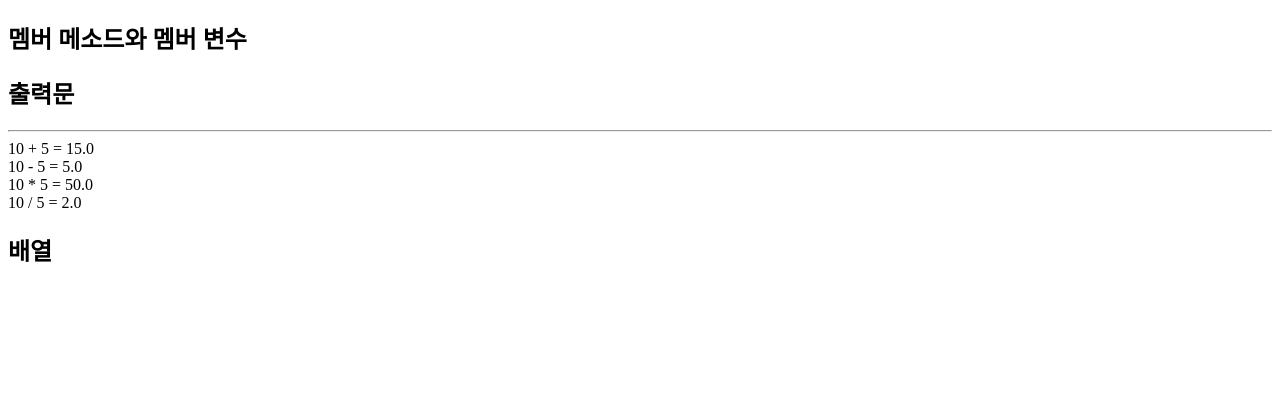
Repository: kkw3202/Jsp2026
Page: http://localhost/chapter01/test04.jsp
The author's editor kept a copy of each file at every save. The page is drawn from the files as they stood at one save, then again after a run of saves.
The browser window is 1280 px wide. The pictures show the whole page.
The page is served by Tomcat 9.

Above is the page before, as saved 2026-10-16 03:08:19.

### chapter01/src/main/webapp/test04.jsp
<%@ page language="java" contentType="text/html; charset=UTF-8"
    pageEncoding="UTF-8" import="java.util.*"%>
<!DOCTYPE html>
<html>
<head>
<meta charset="UTF-8">
<title>Insert title here</title>
</head>
<body>
	<!-- 선언문 작성하는 방법 -->
	<!-- 선언문을 통해 작성한 메소드, 변수는 멤버메소드, 멤버변수가 된다. -->
	<%! public void inCremment(){}; %>
	<!-- 이하 선언문은 전역 또는 멤버 변수이다. -->
	<%! int k = 0; %>
	<!-- 이하 스크립트릿은 지역변수가 된다 -->
	<% int k = 0;%>

	<h2>멤버 메소드와 멤버 변수</h2>
	<%!
		String str = "선언 예제";
		/* 연산자 처리 메소드 생성 */
		public double cal(double num1, double num2, String op){
			double result = 0.0;
			if(op.equals("+")){
				result = num1 + num2;
			}else if(op.equals("-")){
				result = num1 - num2;
			}else if(op.equals("*")){
				result = num1 * num2;
			}else if(op.equals("/")){
				result = num1 / num2;
			}
			return result;
		}

	%>

	<h2>출력문</h2>
	<hr/>
	10 + 5 = <%= cal(10, 5, "+")%>
	<br/>
	10 - 5 = <%= cal(10, 5, "-")%>
	<br/>
	10 * 5 = <%= cal(10, 5, "*")%>
	<br/>
	10 / 5 = <%= cal(10, 5, "/")%>
	<br/>

	<!-- 배열 -->
	<h2>배열</h2>
	<%
		String arr[] = {"java","HTML","CSS","JavaScript"};
		for(int i = 0; i<arr.length; i++){
			/*  */
		}

	%>
</body>
</html>

After the next 2 saves:
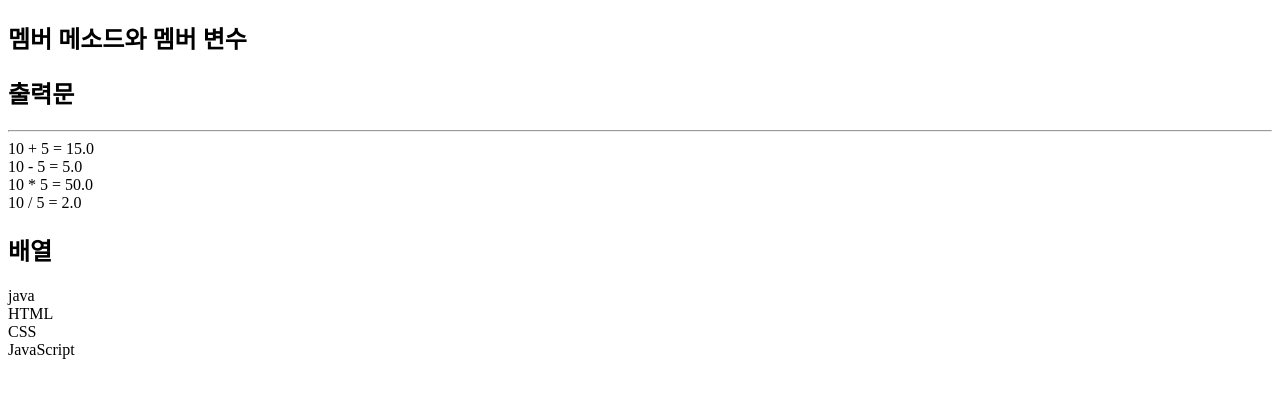
The 2 saves are shown as one change because 1 did not build or start.
The last was saved 62 s later.
--- a/chapter01/src/main/webapp/test04.jsp
+++ b/chapter01/src/main/webapp/test04.jsp
@@ -51,7 +51,8 @@
 	<%
 		String arr[] = {"java","HTML","CSS","JavaScript"};
 		for(int i = 0; i<arr.length; i++){
-			/*  */
+			/* 표현식 스크립트 문법을 사용하지않고 브라우저에 출력하는 방법 */
+			out.print(arr[i]+"<br/>");
 		}
 
 	%>
